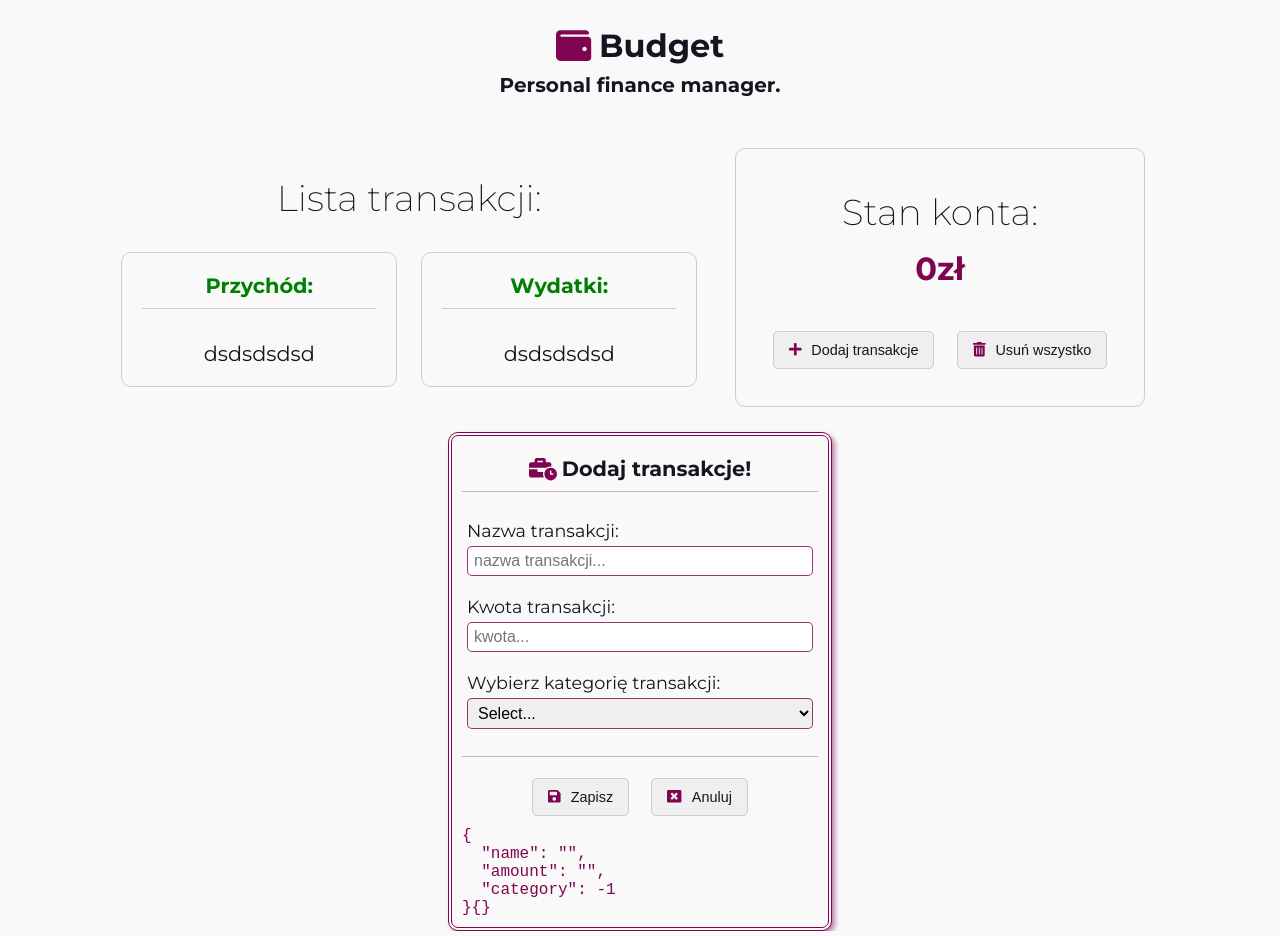
Repository: KrzysKolo/sr_tydzien4_zad4
Page: /
These files come from the project's save history. The page is drawn as it stood at one moment and after the next save; the edit follows.
The browser window is 1280 px wide. The pictures show the whole page.
Some web libraries are served in a nearby version. The project was rebuilt for these pictures with package versions that can differ from the ones it lists, and the page was loaded fresh each time. Also part of the build but not shown: src/components/budgetComponents/formComponents/ErrorMessage.js.

Above is the page before, as saved 2020-12-01 12:27:44.

### public/index.html
<!DOCTYPE html>
<html lang="en">
  <head>
    <meta charset="utf-8" />
    <link rel="icon" href="%PUBLIC_URL%/favicon.ico" />
    <meta name="viewport" content="width=device-width, initial-scale=1" />
    <meta name="theme-color" content="#000000" />
    <meta
      name="description"
      content="Web site created using create-react-app"
    />
    <link rel="apple-touch-icon" href="%PUBLIC_URL%/logo192.png" />
    <!--
      manifest.json provides metadata used when your web app is installed on a
      user's mobile device or desktop. See https://developers.google.com/web/fundamentals/web-app-manifest/
    -->
    <link rel="manifest" href="%PUBLIC_URL%/manifest.json" />
    <!--
      Notice the use of %PUBLIC_URL% in the tags above.
      It will be replaced with the URL of the `public` folder during the build.
      Only files inside the `public` folder can be referenced from the HTML.

      Unlike "/favicon.ico" or "favicon.ico", "%PUBLIC_URL%/favicon.ico" will
      work correctly both with client-side routing and a non-root public URL.
      Learn how to configure a non-root public URL by running `npm run build`.
    -->
    <link
      href="https://fonts.googleapis.com/css?family=Montserrat:200,400,700&display=swap&subset=latin-ext"
      rel="stylesheet"
    />
    <script
      src="https://kit.fontawesome.com/327a0d490c.js"
      crossorigin="anonymous"
    ></script>
    <title>Budget</title>
  </head>
  <body>
    <noscript>You need to enable JavaScript to run this app.</noscript>
    <div id="root"></div>
    <!--
      This HTML file is a template.
      If you open it directly in the browser, you will see an empty page.

      You can add webfonts, meta tags, or analytics to this file.
      The build step will place the bundled scripts into the <body> tag.

      To begin the development, run `npm start` or `yarn start`.
      To create a production bundle, use `npm run build` or `yarn build`.
    -->
  </body>
</html>

### src/App.js
import React from 'react';
import Budget from './components/Budget'

const App = () => {
  return (
    <>
      <Budget/>
    </>
  )
}

export default App;

### src/components/Budget.js
import React from 'react';
import Header from './budgetComponents/Header';
import Section from './budgetComponents/Section';
import SectionInfo from './budgetComponents/SectionInfo';
import H2 from './budgetComponents/sectionComponents/H2';
import Form from './budgetComponents/Form';
import styled, { createGlobalStyle } from 'styled-components';

const GlobalStyle = createGlobalStyle`
    * {
        padding: 0;
        margin: 0;
        box-sizing: border-box;
    }
    body {
        background-color: #f9f9f9;
        color: #14161f;
        font-family: "Montserrat", sans-serif;
        font-size: 16px;
        min-height: 100vh;
    }
    `;
const Container = styled.main`
    font-size: 1.5rem;
`;
const SectionContainer = styled.section`
    display: flex;
    flex-direction: row;
    justify-content: center;
    align-items: center;
`;
const SectionBudget = styled.section`
    display: flex;
    flex-direction: column;
    justify-content: center;
    align-items: center;
`;
const DivItems = styled.div`
    display: flex;
    flex-direction: row;
    justify-content: center;
    align-items: center;

`;
const Budget = () => {
    return (
        <>
            <GlobalStyle />
            <Container>
                <Header />
                <SectionContainer>
                    <SectionBudget>
                        <H2 title={"Lista transakcji"} />
                        <DivItems>
                            <Section title={"Przychód"} label={"p"}/>
                            <Section title={"Wydatki"}/>
                        </DivItems>
                    </SectionBudget>
                    <SectionInfo title={"Stan konta"}/>
                </SectionContainer>
            </Container>
            <Form />
        </>
    )
}

export default Budget;

### src/components/budgetComponents/Header.js
import React from 'react';
import styled from 'styled-components';
import { FontAwesomeIcon } from '@fortawesome/react-fontawesome';
import { faWallet } from '@fortawesome/free-solid-svg-icons';

const SectionHeader = styled.header`
    align-items: center;
    color: rgb(127, 5, 80);
    display: flex;
    font-size: 2.2rem;
    flex-direction: column;
    justify-content: center;
    padding: 2%;
`;
const DivHeader = styled.div`
    align-items: center;
    display: flex;
    flex-direction: row;
    justify-content: center;
    margin-bottom: 0.5rem;
`;
const H1Header = styled.h1`
    color: #14161f;
    font-size: 2rem;
    margin-left: .5rem;
`;
const H2Header = styled.h2`
    color: #14161f;
    font-size: 1.25rem;
`;
const Header = () => {
    return (
        <SectionHeader>
            <DivHeader>
                <FontAwesomeIcon icon={faWallet}/>
                <H1Header>Budget</H1Header>
            </DivHeader>
            <H2Header>Personal finance manager.</H2Header>
        </SectionHeader>
    )
}

export default Header;

### src/components/budgetComponents/Section.js
import React from 'react';
import { H1 }from './sectionComponents/index';
import styled from 'styled-components';

const SectionWrapper = styled.section`
    border: 1px solid #ccc;
    border-radius: 10px;
    display: flex;
    flex-direction: column;
    font-size: 1.3rem;
    justify-content: center;
    align-items: center;
    margin: 2%;
    padding: 20px;
    width: 300px;
`;
const Section = ({ title, label }) => {
    return (
        <SectionWrapper>
           <H1 title={title} label={label}> </H1>
           <p>dsdsdsdsd</p>
        </SectionWrapper>
    )
}

export default Section;

### src/components/budgetComponents/SectionInfo.js
import React from 'react';
import { H2, P } from './sectionComponents/index';
import Button from './../budgetComponents/buttons/Button';
import styled from 'styled-components';
import { faPlus,  faTrashAlt } from '@fortawesome/free-solid-svg-icons';
const SectionWrapper = styled.section`
    border: 1px solid #ccc;
    border-radius: 10px;
    display: flex;
    flex-direction: column;
    margin: 2vw;
    padding: 2%;
`;
const ButtonWrapper = styled.div`
    display: flex;
    flex-direction: row;
`;
const Section = ({ title }) => {
    return (
        <SectionWrapper>
           <H2 title={title}> </H2>
           <P />
           <ButtonWrapper>
                <Button title="Dodaj transakcje" icons={faPlus} type="submit"/>
                <Button title="Usuń wszystko" icons={faTrashAlt} type="submit"/>
           </ButtonWrapper>
        </SectionWrapper>
    )
}

export default Section;

### src/components/budgetComponents/sectionComponents/H2.js
import React from 'react'
import styled from 'styled-components';

const TitleH2 = styled.h2`
    font-weight: 200;
    margin: 2% auto;
    padding: 0.5rem;
`;

const H2 = ({title}) => {
    return (
        <TitleH2>
            {title}:
        </TitleH2>
    )
}

export default H2;

### src/components/budgetComponents/Form.js
import React, { useState } from 'react';
import { Header, Input, Select } from './formComponents/';
import Button from './buttons/Button';
import styled from 'styled-components';
import SelectOptions from './../data/SelectOptions';
import { faBusinessTime, faSave, faWindowClose } from '@fortawesome/free-solid-svg-icons';
import { Formik, Form  } from 'formik';
import * as yup from 'yup';

const FormWrapper = styled.form`
    background-color: #f9f9f9;
    border: 4px double rgb(127, 5, 80);
    border-radius: 10px;
    box-shadow: 3px 3px 5px rgba(127, 5, 80, 0.5);
    color: rgb(127, 5, 80);
    margin: 0 auto;
    padding: 10px;
    width: 30vw;
`;
const ButtonWrapper = styled.div`
    display: flex;
    flex-direction: row;
    justify-content: center;
    border-top: 1px solid rgba(127, 5, 80, 0.3);
    padding-top: 10px;
    margin-top: 1.4rem;
`;

const FormData = () => {
    const [ showMessage, setShowMessage ] = useState(false);
    const initialValues = {
            name: '',
            amount: '',
            category: -1,
        };
    const validationSchema = () => yup.object({
            name: yup.string().required("Wymagane").max(100),
            amount: yup.number("Musi być liczbą").required("Wymagane").min(1).max(100),
            category: yup.number().min(0,"Wskaż kategorię").max(5),
        });
    const onSubmit = ( values, { restForm }) => {
            setShowMessage(true);
            console.log(values);
            validationSchema();
            /* restForm(); */
        };


    return (
        <Formik initialValues={initialValues} validationSchema={validationSchema} onSubmit={onSubmit} >
        {( {formik, values, errors}) => (
            <Form>
        <FormWrapper>
            <Header icons={faBusinessTime} title={"Dodaj transakcje!"} />
            <Input type="text" label="Nazwa transakcji" name="name" placeholder="nazwa transakcji..."  />
            <Input type="text" label="Kwota transakcji" name="amount" placeholder="kwota..." />
            <Select options={SelectOptions} label="Wybierz kategorię transakcji" name="category"  />
            <ButtonWrapper>
                <Button type="save" title="Zapisz" icons={faSave}/>
                <Button title="Anuluj" icons={faWindowClose} type="cancel" />
            </ButtonWrapper>
            { showMessage && <p>ok</p>}
            <pre>
              {JSON.stringify(values, null, 2)}
              {JSON.stringify(errors, null, 2)}
            </pre>
        </FormWrapper>
        </Form>
        )}
        </Formik>
    )
}

export default FormData;

### src/components/budgetComponents/sectionComponents/index.js
export { default as H1 } from './H1';
export { default as H2 } from './H2';
export { default as P } from './P';

### src/components/budgetComponents/buttons/Button.js
import React from 'react';
import styled from 'styled-components';
import { FontAwesomeIcon } from '@fortawesome/react-fontawesome';

const ButtonDiv = styled.button`
    border: 1px solid #ccc;
    border-radius: 5px;
    margin: 0.7rem;
    padding: 10px 15px;
    display: flex;
    flex-direction: row;
    color: rgb(127, 5, 80);
    font-size: 0.9rem;
    cursor: pointer;
    transition: 0.3s ease-in-out;
    &:hover {
        border: 1px solid rgba(127, 5, 80, 0.4);
        background-color:  #f9f9f9;
        color: rgba(127, 5, 80, 0.5);
    }
`;
const ButtonTitleDiv = styled.div`
    margin-left: 10px;
    color: #14161f;
`;
const Button = ({ title, icons }) => {
    return (
        <ButtonDiv>
            <FontAwesomeIcon icon={icons} />
            <ButtonTitleDiv>{title}</ButtonTitleDiv>
        </ButtonDiv>
    )
}

export default Button;

### src/components/budgetComponents/formComponents/index.js
export { default as Header } from './Header';
export { default as Input } from './Input';
export { default as ErrorMessage } from './ErrorMessage';
export { default as Select } from './Select';

### src/components/data/SelectOptions.js
const SelectOptions=[
    { id: -1, value: "-1", label:"", title: 'Select...' },
    { id: 0, value: "0", label:"[+]", title: 'Przychód' },
    { id: 1, value: "1", label:"[-]", title: 'Rachunki' },
    { id: 2, value: "2", label:"[-]", title: 'Sport' },
    { id: 3, value: "3", label:"[-]", title: 'Wyżywienie' },
    { id: 4, value: "4", label:"[-]", title: 'Kultura' },
    { id: 5, value: "5", label:"[-]", title: 'Wypoczynek' },
];
export default SelectOptions;

### src/components/budgetComponents/sectionComponents/H1.js
import React from 'react'
import styled from 'styled-components';

const TitleH1 = styled.h1`
    border-bottom: 1px solid #ccc;
    color: ${label => label ? 'green' : 'red'};
    margin-bottom: 2rem;
    padding-bottom: 10px;
    display: block;
    width: 100%;
    text-align: center;
`;

const H1 = ({title, label}) => {
    return (
        <TitleH1>
            {title}:
        </TitleH1>
    )
}

export default H1;

### src/components/budgetComponents/sectionComponents/P.js
import React from 'react';
import styled from 'styled-components';

const InfoP = styled.p`
    color: rgb(127, 5, 80);
    font-size: 2rem;
    font-weight: bold;
    width: 100%auto;
    text-align: center;
    padding-bottom: 2rem;
`;

const P = () => {
    return (
        <InfoP>
            0zł
        </InfoP>
    )
}

export default P;

### src/components/budgetComponents/formComponents/Header.js
import React from 'react';
import styled from 'styled-components';
import { FontAwesomeIcon } from '@fortawesome/react-fontawesome';

const TitleH1 = styled.h1`
    border-bottom: 1px solid rgba(127, 5, 80, 0.3);
    display: flex;
    flex-direction: row;
    justify-content: center;
    align-items: center;
    font-size: 1.4rem;
    padding: 10px;
    text-align: center;
    margin-bottom: 1.4rem;
`;
const TitleDiv = styled.div`
    color: #14161f;
    font-family: "Montserrat", sans-serif;
    font-size: 1.3rem;
    font-weight: 600;
    margin-left: 5px;
`;
const Header = ({ title, icons } ) => {
    return (
        <TitleH1>
            <FontAwesomeIcon icon={icons}/>
            <TitleDiv>{title}</TitleDiv>
        </TitleH1>
    )
}

export default Header;

### src/components/budgetComponents/formComponents/Input.js
import React from 'react';
import styled from 'styled-components';
import ErrorMessage from './ErrorMessage';

const InputWrapper = styled.div`
    display: flex;
    flex-direction: column;
    justify-content: flex-start;
    color: #14161f;
    font-family: "Montserrat", sans-serif;
    padding: 5px;
    margin: 10px 0;
`;
const InputLabel = styled.label`
    padding-bottom: 5px;
    font-size: 1.1rem;
`;
const InputContainer = styled.input`
    border: 1px solid rgba(127, 5, 80, 0.8);
    border-radius: 5px;
    font-size: 1rem;
    padding: 5px 6px;
`;
const Input = (props) => {
    const { label, name, message, error} = props;
    return (
        <InputWrapper>
                <InputLabel htmlFor={name}>{label}:</InputLabel>
                <InputContainer {...props} id={name} />
                { error && <ErrorMessage message={message}/>}
        </InputWrapper>
    )
}

export default Input;

### src/components/budgetComponents/formComponents/Select.js
import React from 'react';
import styled from 'styled-components';
import ErrorMessage from './ErrorMessage';

const SelectWrapper = styled.div`
    display: flex;
    flex-direction: column;
    justify-content: flex-start;
    color: #14161f;
    font-family: "Montserrat", sans-serif;
    padding: 5px;
    margin: 10px 0;
`;
const SelectLabel = styled.label`
    padding-bottom: 5px;
    font-size: 1.1rem;
`;
const SelectContainer = styled.select`
    border: 1px solid rgba(127, 5, 80, 0.8);
    border-radius: 5px;
    font-size: 1rem;
    padding: 5px 6px;
`;
const Select = (props) => {
    const { label, name, options, error, message } = props;
    return (
            <SelectWrapper>
                <SelectLabel>{label}:</SelectLabel>
                <SelectContainer {...props} id={name}>
                    {options.map(option => {
                        return (
                            <option key={option.id} value={option.value}>{option.label} {option.title}</option>
                        )
                    })}
                </SelectContainer>
                { error && <ErrorMessage message={message} />}
            </SelectWrapper>
    )
}

export default Select;

Loaded but not shown: src/index.js (common file); src/index.css (common file)

After the next save:
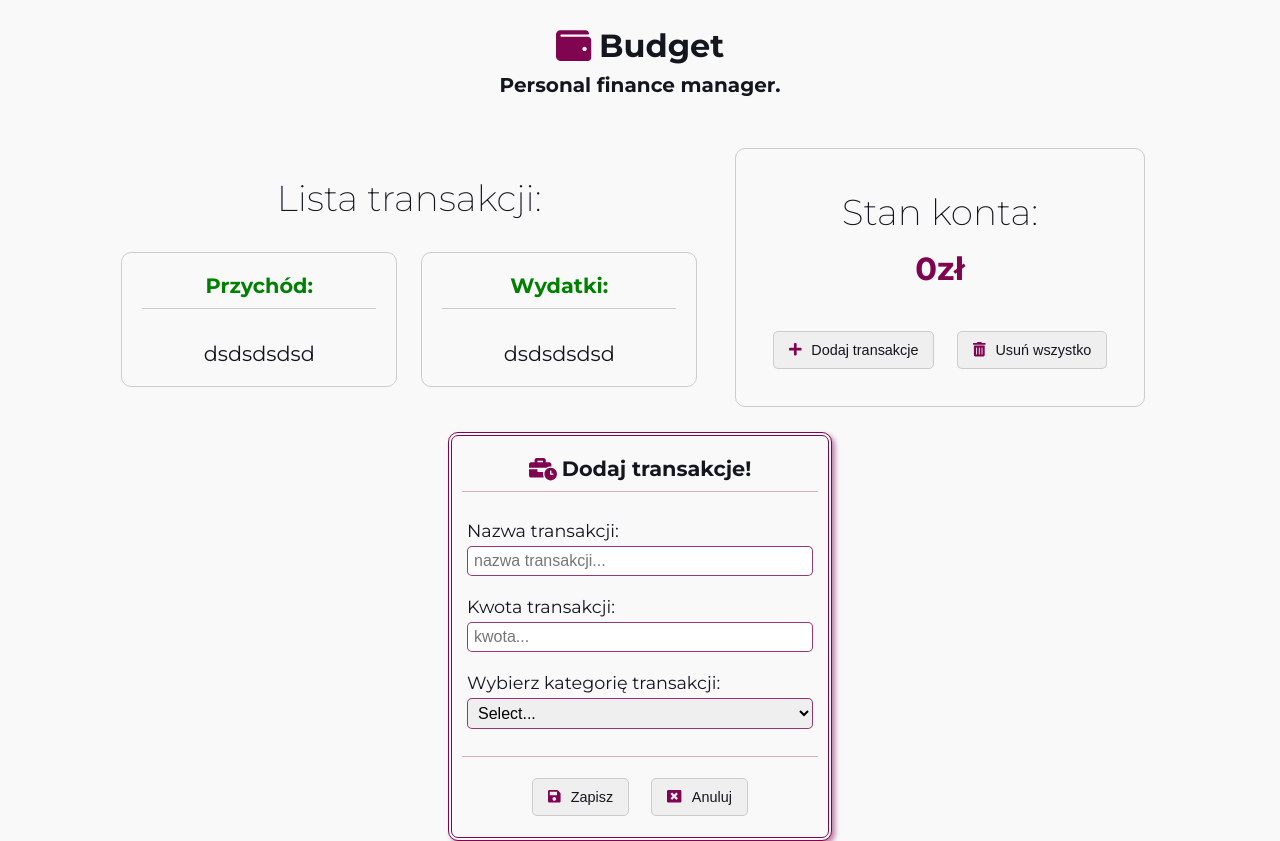
Saved 45 h 40 min later.
--- a/src/components/budgetComponents/Form.js
+++ b/src/components/budgetComponents/Form.js
@@ -4,7 +4,7 @@ import Button from './buttons/Button';
 import styled from 'styled-components';
 import SelectOptions from './../data/SelectOptions';
 import { faBusinessTime, faSave, faWindowClose } from '@fortawesome/free-solid-svg-icons';
-import { Formik, Form  } from 'formik';
+import { useFormik } from 'formik';
 import * as yup from 'yup';
 
 const FormWrapper = styled.form`
@@ -47,9 +47,6 @@ const FormData = () => {
 
 
     return (
-        <Formik initialValues={initialValues} validationSchema={validationSchema} onSubmit={onSubmit} >
-        {( {formik, values, errors}) => (
-            <Form>
         <FormWrapper>
             <Header icons={faBusinessTime} title={"Dodaj transakcje!"} />
             <Input type="text" label="Nazwa transakcji" name="name" placeholder="nazwa transakcji..."  />
@@ -60,14 +57,9 @@ const FormData = () => {
                 <Button title="Anuluj" icons={faWindowClose} type="cancel" />
             </ButtonWrapper>
             { showMessage && <p>ok</p>}
-            <pre>
-              {JSON.stringify(values, null, 2)}
-              {JSON.stringify(errors, null, 2)}
-            </pre>
+
         </FormWrapper>
-        </Form>
-        )}
-        </Formik>
+
     )
 }
 
